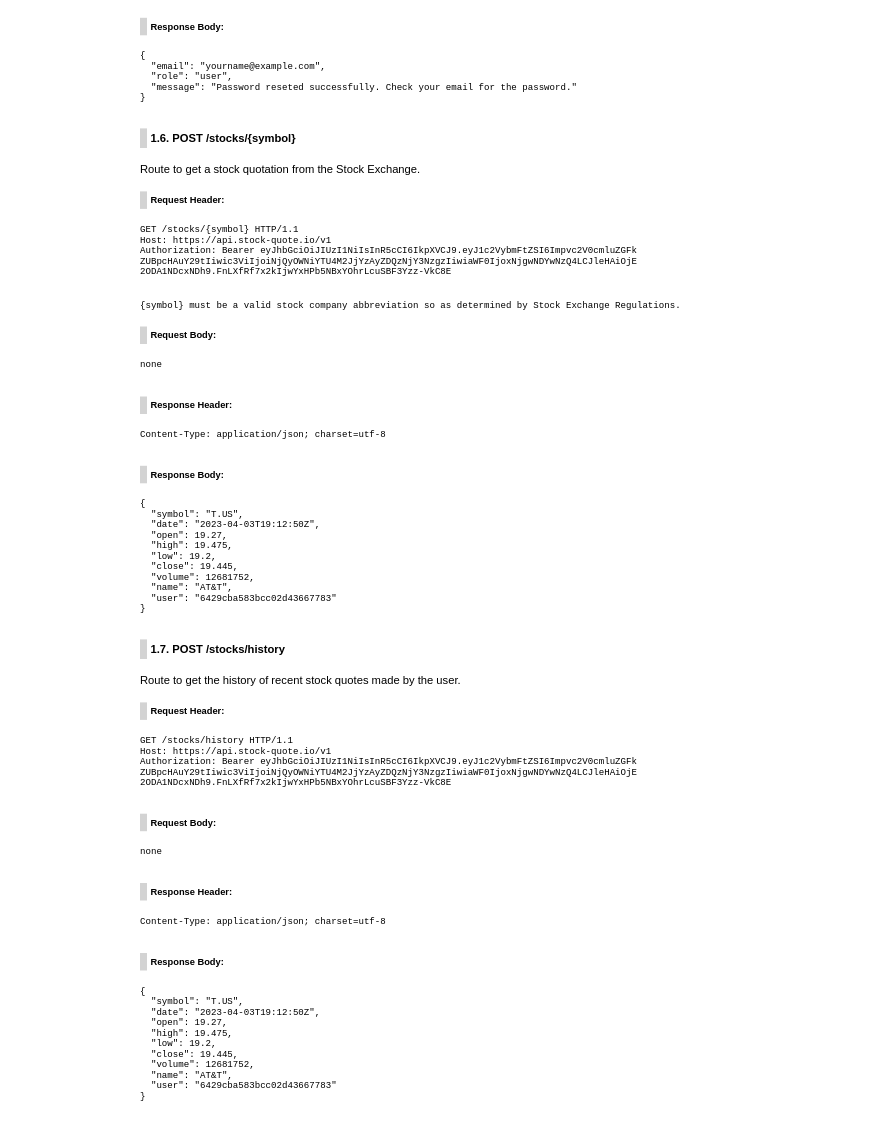
Repository: miguelamello/nest-js
Page: stock-service/reference.html
These files come from the project's save history. The page is drawn as it stood at one moment and after the next save; the edit follows.
The browser window is 1280 px wide. The pictures show the part of the page from y = 3258 to 5178 px (the page is 4893 px tall before and 5178 px after), at 70% of full size.

Above is the page before, as saved 2023-04-03 14:33:29.

After the next save:
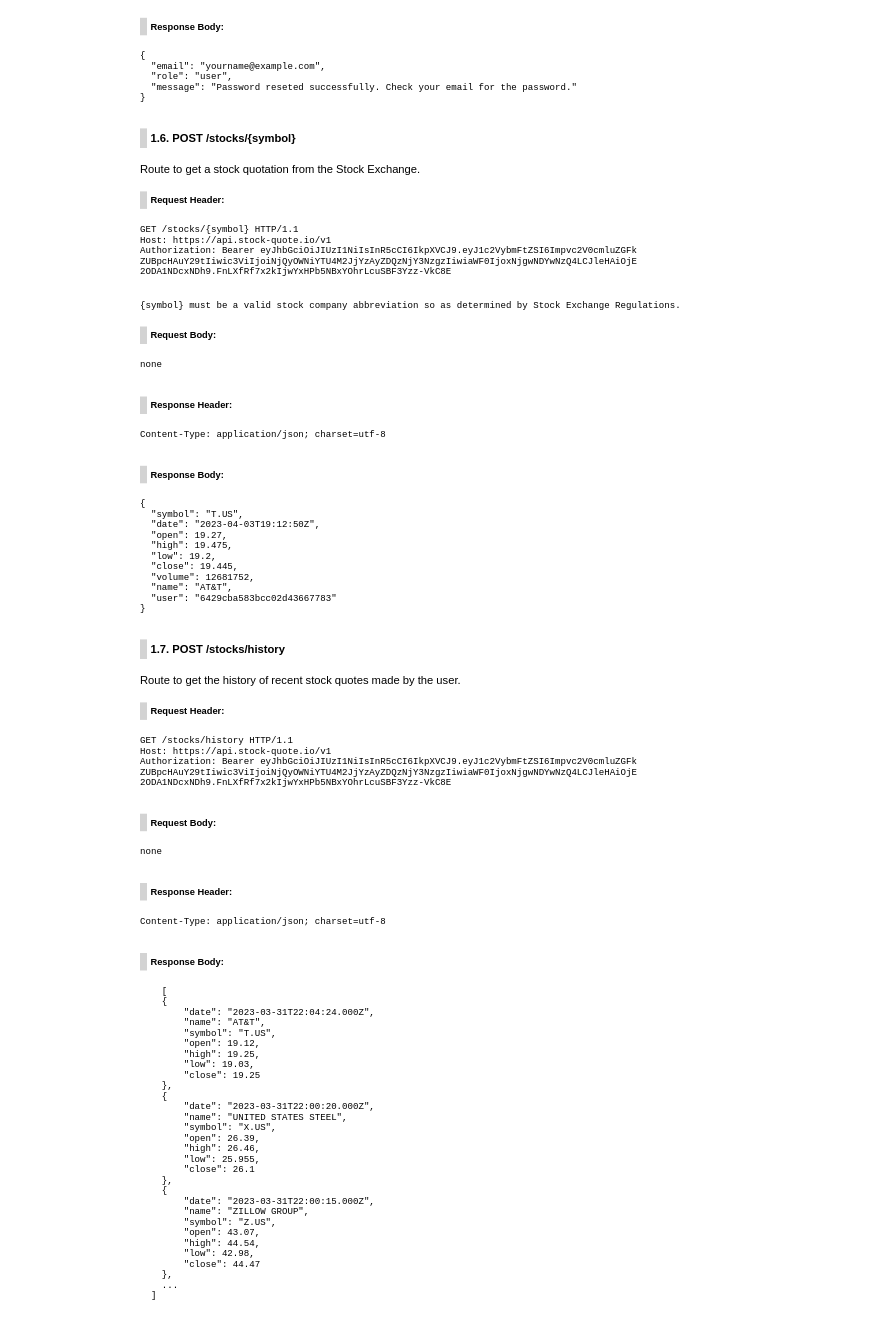
Saved 23 s later.
--- a/stock-service/reference.html
+++ b/stock-service/reference.html
@@ -296,17 +296,36 @@ Content-Type: application/json; charset=utf-8
   <h5>Response Body: </h5>
 
   <pre>
-{
-  "symbol": "T.US",
-  "date": "2023-04-03T19:12:50Z",
-  "open": 19.27,
-  "high": 19.475,
-  "low": 19.2,
-  "close": 19.445,
-  "volume": 12681752,
-  "name": "AT&T",
-  "user": "6429cba583bcc02d43667783"
-}
+    [
+    {
+        "date": "2023-03-31T22:04:24.000Z",
+        "name": "AT&T",
+        "symbol": "T.US",
+        "open": 19.12,
+        "high": 19.25,
+        "low": 19.03,
+        "close": 19.25
+    },
+    {
+        "date": "2023-03-31T22:00:20.000Z",
+        "name": "UNITED STATES STEEL",
+        "symbol": "X.US",
+        "open": 26.39,
+        "high": 26.46,
+        "low": 25.955,
+        "close": 26.1
+    },
+    {
+        "date": "2023-03-31T22:00:15.000Z",
+        "name": "ZILLOW GROUP",
+        "symbol": "Z.US",
+        "open": 43.07,
+        "high": 44.54,
+        "low": 42.98,
+        "close": 44.47
+    },
+    ...
+  ]
   </pre>
 
 </body>
